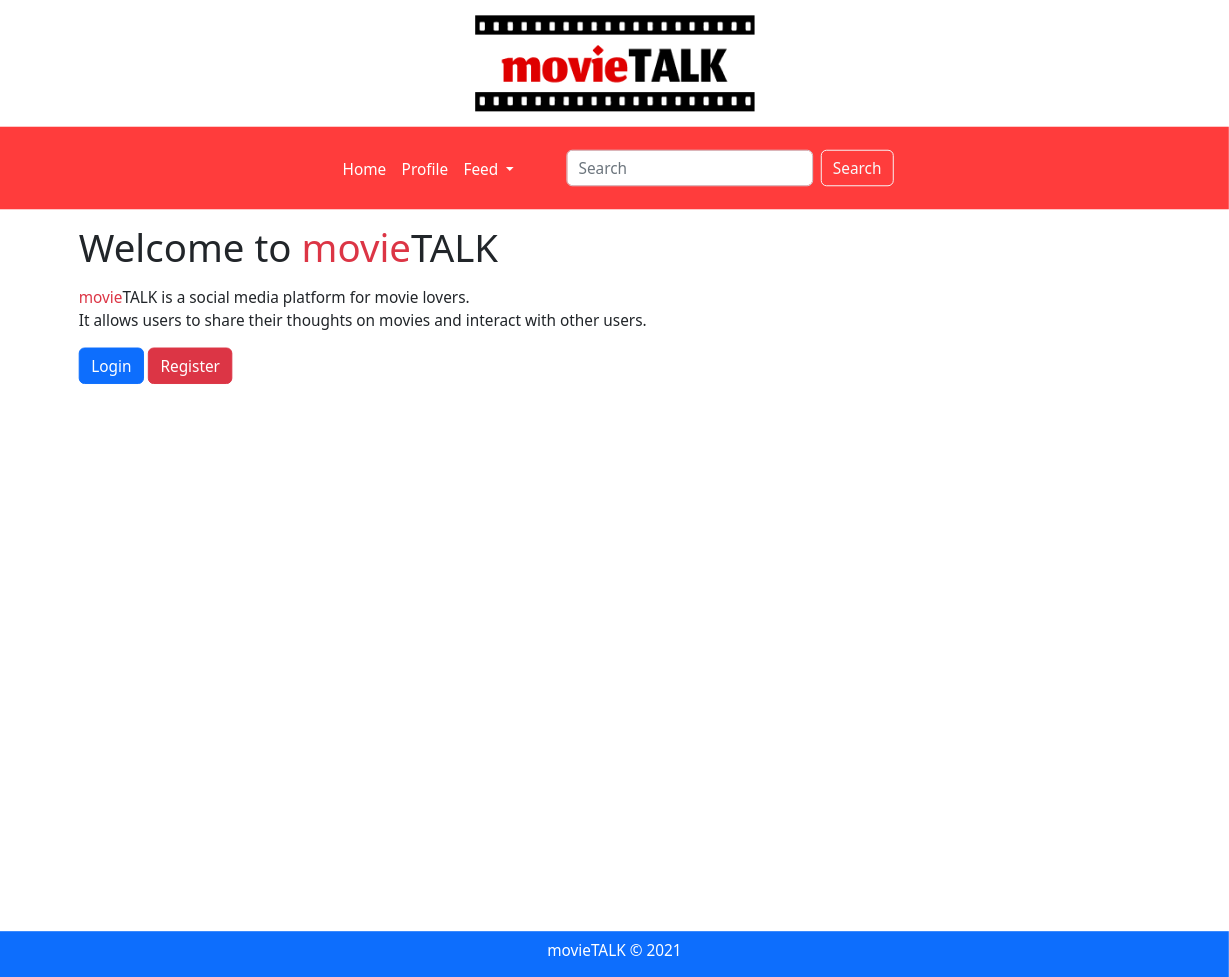
Repository: runeunhjem/css-frameworks-ca
Page: index.html
The author's editor kept a copy of each file at every save. The page is drawn from the files as they stood at one save, then again after the next save.
The browser window is 1280 px wide. The pictures show the whole page, at 96% of full size.
The style sheet was rebuilt from its Sass, Less or Tailwind sources for each picture, by a compiler version that may differ from the author's.

Above is the page before, as saved 2023-08-25 08:44:54.

### index.html
<!DOCTYPE html>
<html lang="en">
<head>
  <meta charset="UTF-8">
  <meta name="viewport" content="width=device-width, initial-scale=1.0">
  <!-- <link rel="stylesheet" href="node_modules/bootstrap/dist/css/bootstrap.min.css"> -->
  <!-- <link href="https://cdn.jsdelivr.net/npm/bootstrap@5.2.3/dist/css/bootstrap.min.css" rel="stylesheet" integrity="sha384-rbsA2VBKQhggwzxH7pPCaAqO46MgnOM80zW1RWuH61DGLwZJEdK2Kadq2F9CUG65" crossorigin="anonymous">
  <script src="https://cdn.jsdelivr.net/npm/bootstrap@5.2.3/dist/js/bootstrap.bundle.min.js" integrity="sha384-kenU1KFdBIe4zVF0s0G1M5b4hcpxyD9F7jL+jjXkk+Q2h455rYXK/7HAuoJl+0I4" crossorigin="anonymous"></script> -->
  <link rel="stylesheet" href="dist/css/index.css">
  <script src="js/bootstrap.bundle.min.js"></script>
  <title>movieTALK | Home</title>
</head>
<body>
<header>
  <div class="header-logo my-3">
    <div class="row">
      <div class="col">
        <a class="navbar-brand" href="index.html" alt="movieTALK Logo"><span class="visually-hidden">Home</span></a>
      </div>
    </div>
  </div>
  <nav class="navbar navbar-expand-md pt-4">
    <div class="container-fluid d-flex align-items-start justify-content-center max-width-800 ">
      <div class="row">
        <div class="col-3 col-sm-4 col-md-6">
          <button class="navbar-toggler bg-light mb-2 me-3" type="button" data-bs-toggle="collapse" data-bs-target="#navbarSupportedContent" aria-controls="navbarSupportedContent" aria-expanded="false" aria-label="Toggle navigation">
            <span class="navbar-toggler-icon"></span>
          </button>
          <div class="collapse navbar-collapse" id="navbarSupportedContent">
            <ul class="navbar-nav me-auto mb-2 mb-lg-0">
              <li class="nav-item">
                <a class="nav-link text-white active" aria-current="page" href="#">Home</a>
              </li>
              <li class="nav-item">
                <a class="nav-link text-white" href="profile/index.html">Profile</a>
              </li>
              <li class="nav-item dropdown">
                <a class="nav-link text-white dropdown-toggle" href="#" role="button" data-bs-toggle="dropdown" aria-expanded="false">
                  Feed
                </a>
                <ul class="dropdown-menu dropdown-menu-dark m-0">
                  <li><a class="dropdown-item" href="feed/index.html">Feed</a></li>
                  <li><a class="dropdown-item" href="feed/index.html#post">Post</a></li>
                  <li><hr class="dropdown-divider"></li>
                  <li><a class="dropdown-item" href="index.html">Sign Out</a></li>
                </ul>
              </li>
            </ul>
          </div>
        </div>
      </div>
        <div class="col-9 col-sm-8 col-md-6 d-flex align-items-start justify-content-end">
          <form class="d-flex mb-3" role="search">
            <input class="form-control me-2 max-width-300" type="search" placeholder="Search" aria-label="Search">
            <button class="btn btn-outline-light" type="submit">Search</button>
          </form>
      </div>
    </div>
    </div>
  </nav>
</header>
<main class="vh-100 mt-3">
  <div class="container justify-content-center">
    <div class="row">
      <div class="col">
        <h1>Welcome to <span class="text-danger">movie</span>TALK</h1>
        <p class="mt-3 mb-0"><span class="text-danger">movie</span>TALK is a social media platform for movie lovers.</p>
        <p class="mt-0">It allows users to share their thoughts on movies and interact with other users.</p>
        <a href="login.php" class="btn btn-primary">Login</a>
        <a href="register.php" class="btn btn-danger">Register</a>
      </div>
    </div>
  </div>
</main>
<footer>
  <div class="container-fluid bg-primary mt-3">
    <div class="row">
      <div class="col">
        <p class="text-white text-center mt-2">movieTALK &copy; 2021</p>
      </div>
    </div>
  </div>
</footer>
</body>
</html>

### src/scss/index.scss
@import "../../node_modules/bootstrap/scss/functions";
@import "../../node_modules/bootstrap/scss/variables";
@import "variables";
@import "../../node_modules/bootstrap/scss/maps";
@import "../../node_modules/bootstrap/scss/mixins";
@import "../../node_modules/bootstrap/scss/utilities";
@import "../../node_modules/bootstrap/scss/root";
@import "../../node_modules/bootstrap/scss/bootstrap";

.header-logo {
  background-image: url("../../img/logo.png");
  background-size: contain;
  background-repeat: no-repeat;
  background-position: center;
  width: 100%;
  height: 100px;
}

.max-width-800 {
  max-width: 800px;
}
.max-width-300 {
  max-width: 300px;
}

.navbar {
  background-color: #ff3c3c;
}

### src/scss/_variables.scss
// $body-bg: #ffe0e0;
// $body-color: #111;


$primary: #d90000;
// $danger: #a10d64;
// $light: #db7f7f;

Loaded but not shown: js/bootstrap.bundle.min.js (library)

After the next save:
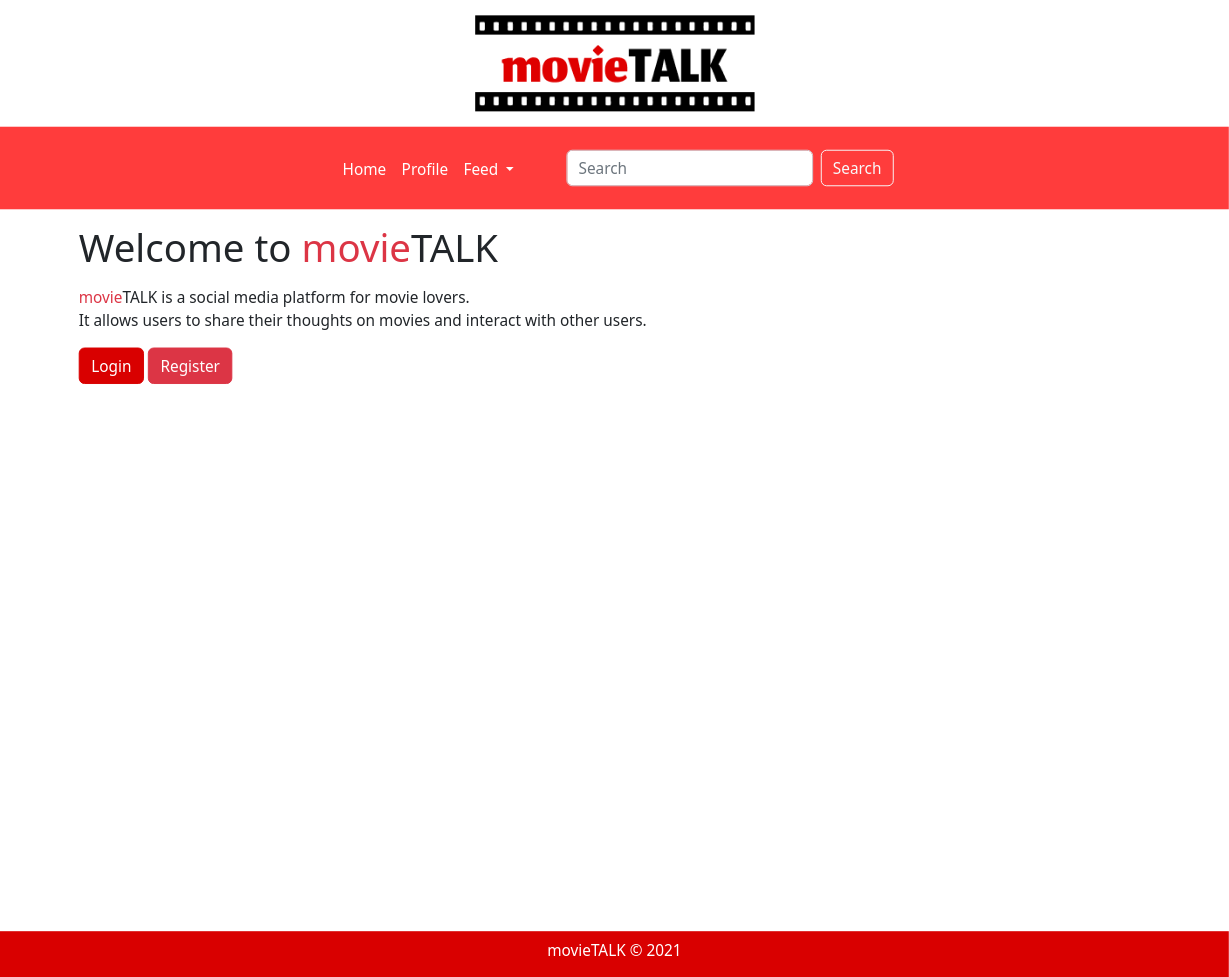
Saved 19 s later.
--- a/src/scss/index.scss
+++ b/src/scss/index.scss
@@ -1,6 +1,6 @@
 @import "../../node_modules/bootstrap/scss/functions";
+@import "variables";
 @import "../../node_modules/bootstrap/scss/variables";
-@import "variables";
 @import "../../node_modules/bootstrap/scss/maps";
 @import "../../node_modules/bootstrap/scss/mixins";
 @import "../../node_modules/bootstrap/scss/utilities";
